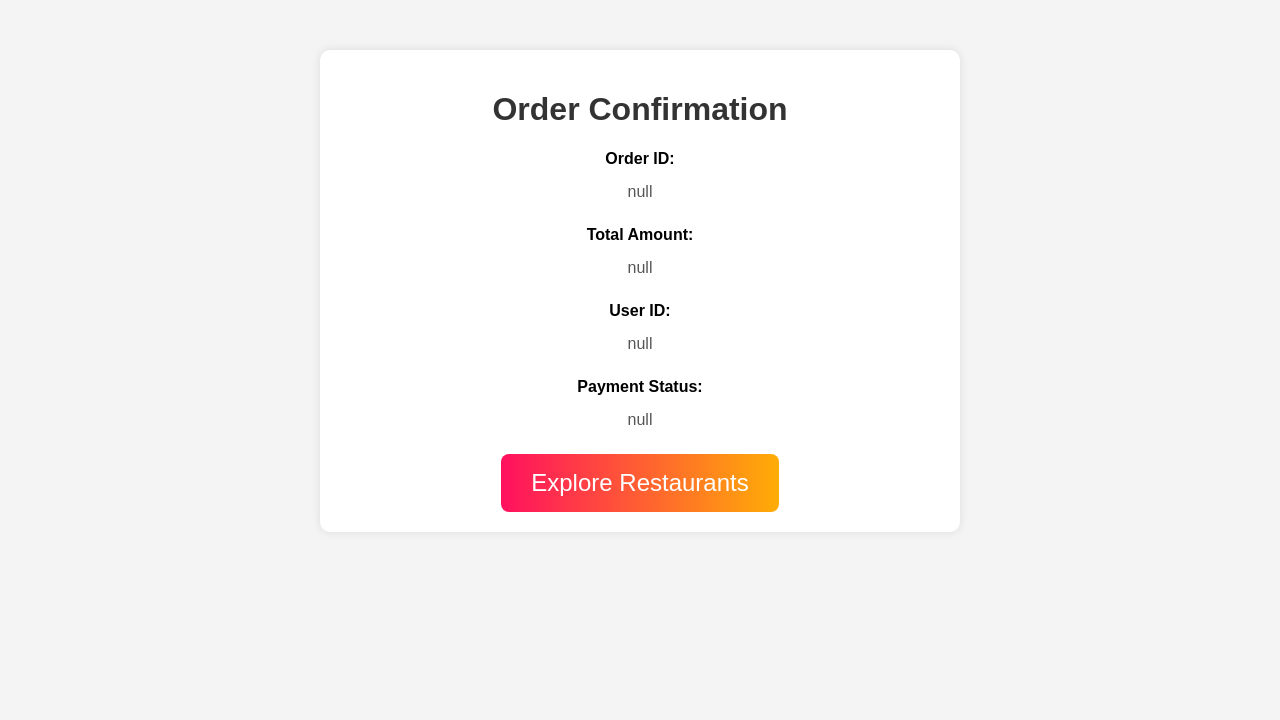
Repository: SWATHIBHUMA/FoodDelivaryApp
Page: http://localhost/FoodDelivaryApp/orderConfirmation.jsp
An editor plug-in stored every save of this project. The page is shown before and after the next save, followed by the edit.
The browser window is 1280 px wide. The pictures show the whole page.
The page is served by Tomcat 9.

Above is the page before, as saved 2024-01-16 07:25:11.

After the next save:
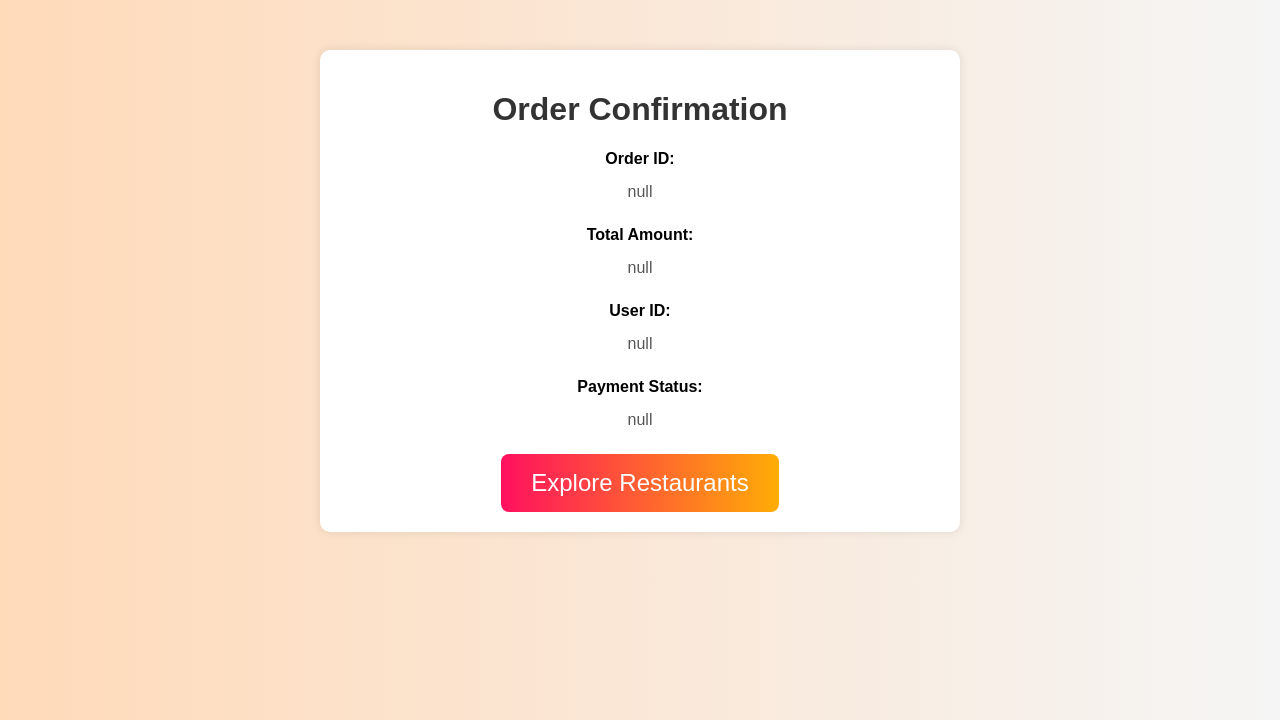
Saved 43 s later.
--- a/FoodDelivaryApp/src/main/webapp/orderConfirmation.jsp
+++ b/FoodDelivaryApp/src/main/webapp/orderConfirmation.jsp
@@ -20,7 +20,7 @@
     <style>
         body {
             font-family: 'Arial', sans-serif;
-            background-color: #f4f4f4;
+            background: linear-gradient(to right, peachpuff, whitesmoke);
             text-align: center;
             margin: 0;
             padding: 0;
